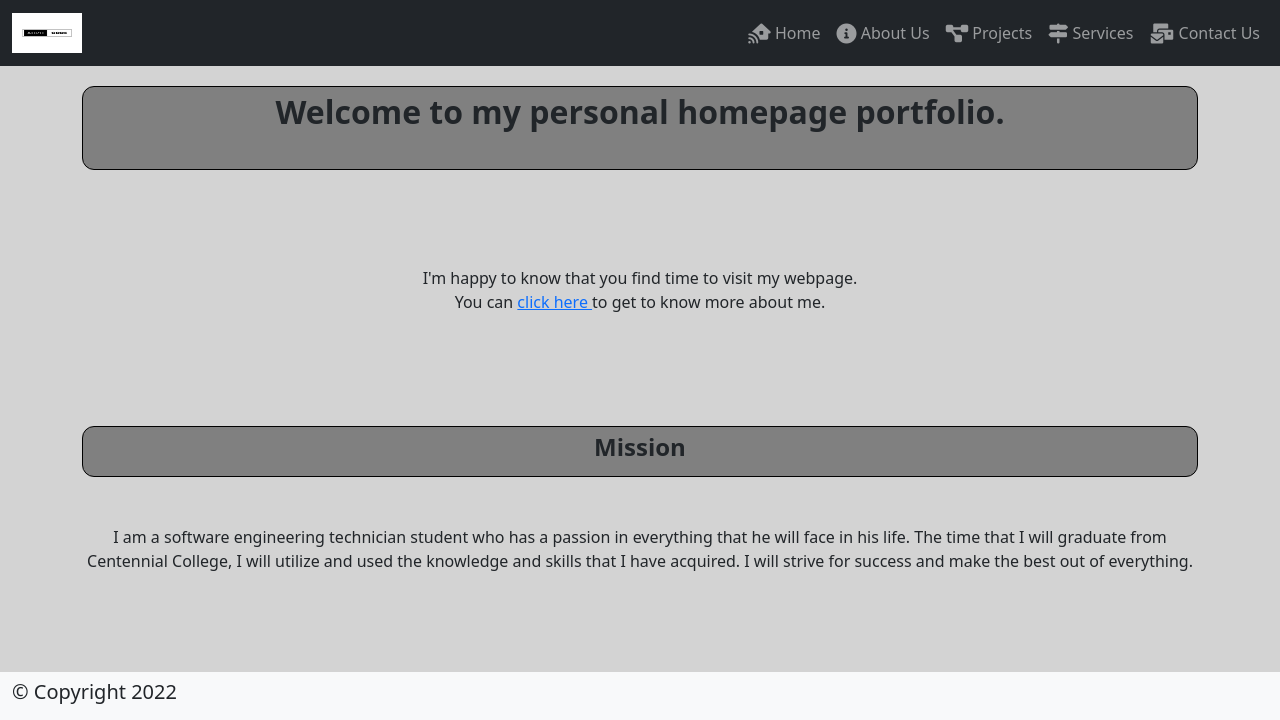
Repository: acarino4/Express-Portfolio-Site
Page: http://localhost/
An editor plug-in stored every save of this project. The page is shown before and after the next save, followed by the edit.
The browser window is 1280 px wide. The pictures show the whole page.
The page is served by the project's Node server (server.js).

Above is the page before, as saved 2022-10-22 00:54:55.

After the next save:
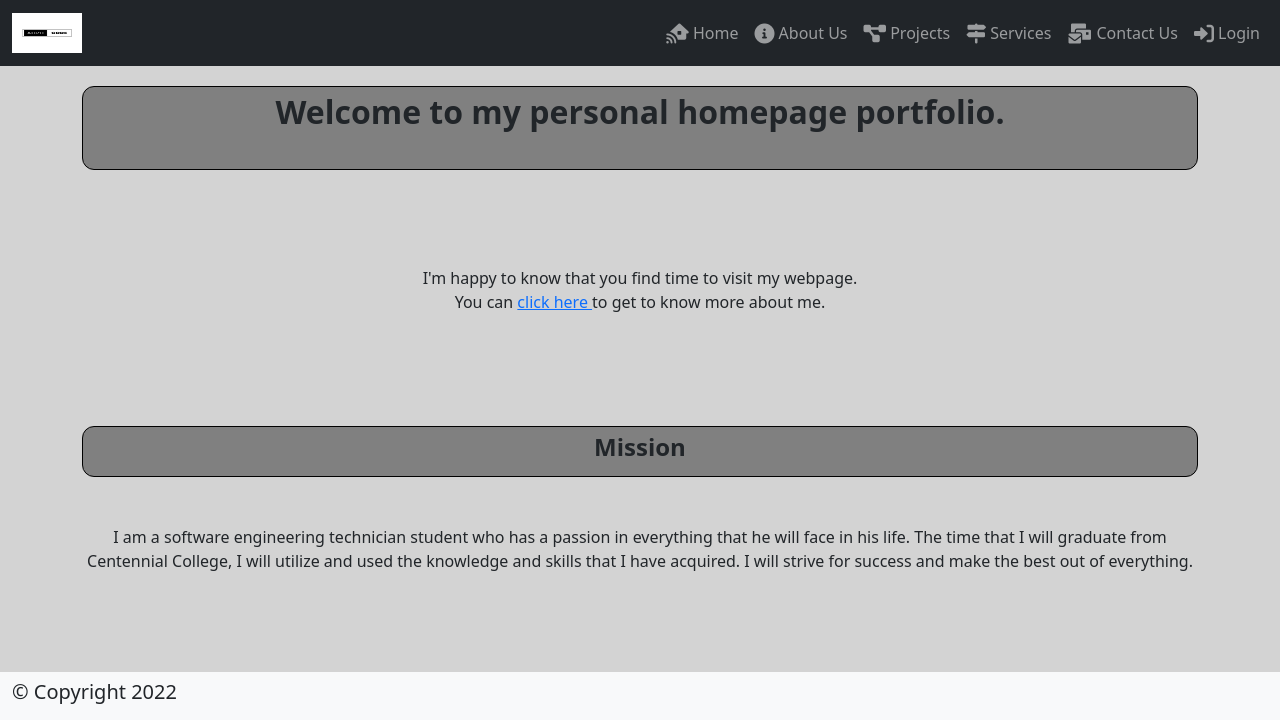
Saved 20 s later.
--- a/Server/Views/components/header.ejs
+++ b/Server/Views/components/header.ejs
@@ -37,7 +37,9 @@
             <a class="nav-link" aria-current="page" href="/contact"><i class="fa-solid fa-envelopes-bulk fa-lg"></i> Contact Us</a>
           </li>
 
-
+          <li class="nav-item">
+            <a class="nav-link <%= (page == 'login') ? 'active' : ''; %>" aria-current="page" href="/login"><i class="fa-solid fa-right-to-bracket fa-lg"></i> Login</a>
+          </li>
 
         </ul>
       </div>
